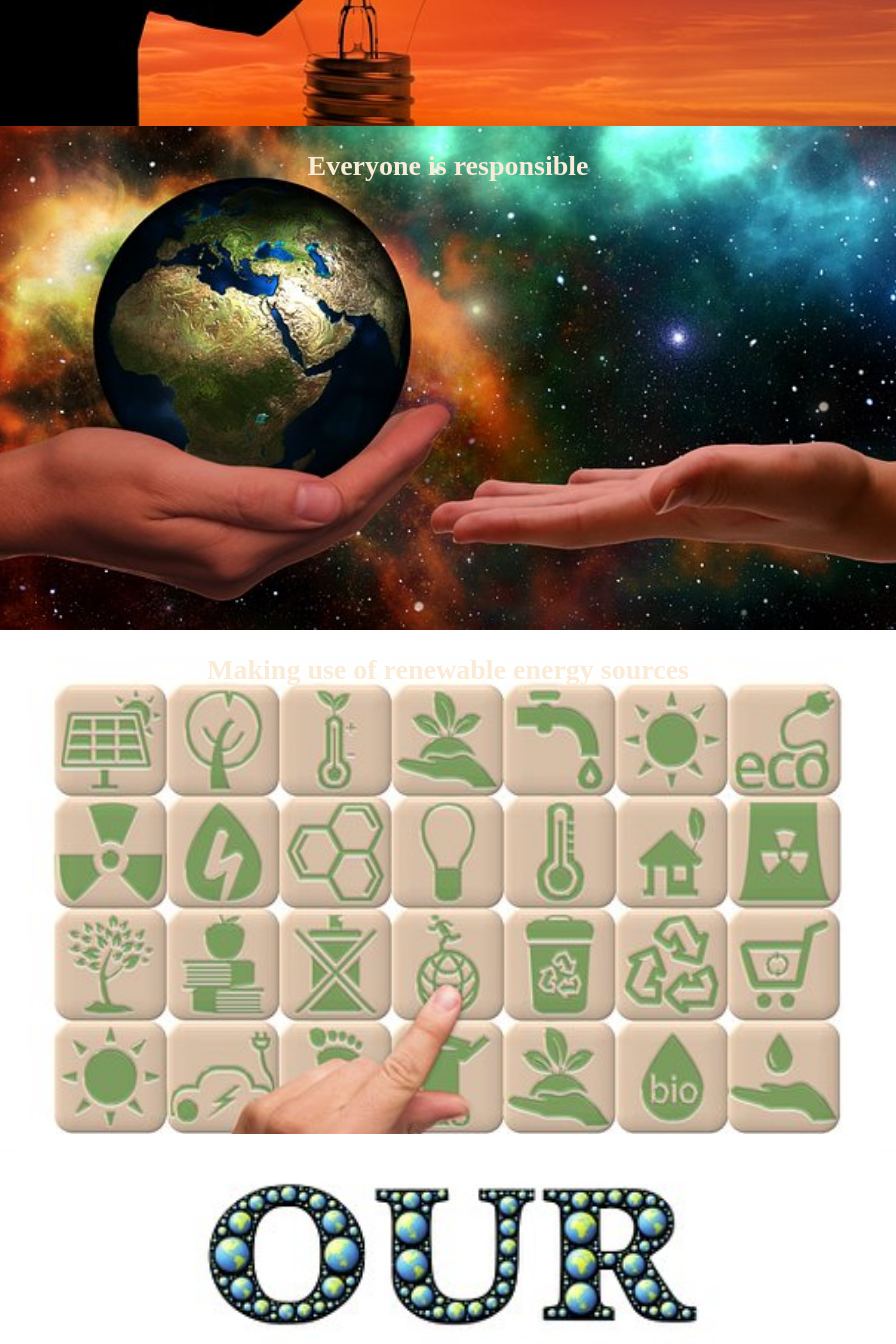
Repository: NavinDayanithi/static-web-design-competition
Page: index.html
The author's editor kept a copy of each file at every save. The page is drawn from the files as they stood at one save, then again after the next save.
The browser window is 1280 px wide. The pictures show the part of the page from y = 2060 to 3980 px (the page is 4420 px tall), at 70% of full size.
Backgrounds fixed to the window are drawn as part of the page.

Above is the page before, as saved 2023-04-28 20:40:07.

### index.html
<!DOCTYPE html>
<html lang="en">
<head>
  <title>POWERING CLIMATE </title>
  <link rel="stylesheet" href="styles.css">
</head>
<body>
    <h1 >POWERING A CLIMATE FOR SAFER FUTURE</h1>
    <div class="box1">
        <h2>Making use of renewable energy sources</h2>
    </div>
    <div class="box2">
        <h2>Planting more trees</h2>
    </div>
    <div class="box3">
        <h2>Gaining natural source of energy</h2>
    </div>
    <div class="box4">
        <h2>Everyone is responsible</h2>
    </div>
    <div class="box5">
        <h2>Making use of renewable energy sources</h2>
    </div>
    <div class="box6">
        <h2></h2>
    </div>
</body>
</html>

### styles.css

h1
{
    text-align:center;
    color:rgb(19, 20, 20);
    background-color: rgb(181, 191, 195);

}
h2{
    text-align: center;
    color: antiquewhite;
    font-size:40px;
}

 body{
    margin: 0;
    padding: 0;
    /* background-color: blue; */
}
head{
    text-align: center;
}

.box1{
    height: 100vh;
    width:100%;
    background-image: url(img1.jpg);
    background-size: cover;
    background-position: center;
    display: table;
    background-attachment: fixed;
}

.box2{
    height: 100vh;
    width:100%;
    background-image: url(img2.jpg);
    background-size: cover;
    background-position: center;
    display: table;
    background-attachment: fixed;
}

.box3{
    height: 100vh;
    width:100%;
    background-image: url(img3.jpg);
    background-size:cover;
    display: table;
    background-attachment: fixed;

}


.box4{
    height: 100vh;
    width:100%;
    background-image: url(img4.jpg);
    background-size: cover;
    background-position: center;
    display: table;
    background-attachment: fixed;
}

.box5{
    height: 100vh;
    width:100%;
    background-image: url(img5.jpg);
    background-size: cover;
    /* background-position: center; */
    display: table;
    background-attachment: fixed;
}

.box6{
    height: 100vh;
    margin-top: 20px;
    width:100%;
    background-image: url(img6.jpg);
    background-size: cover;
   background-position: center;
    display: table;
    background-attachment: fixed;
}

After the next save:
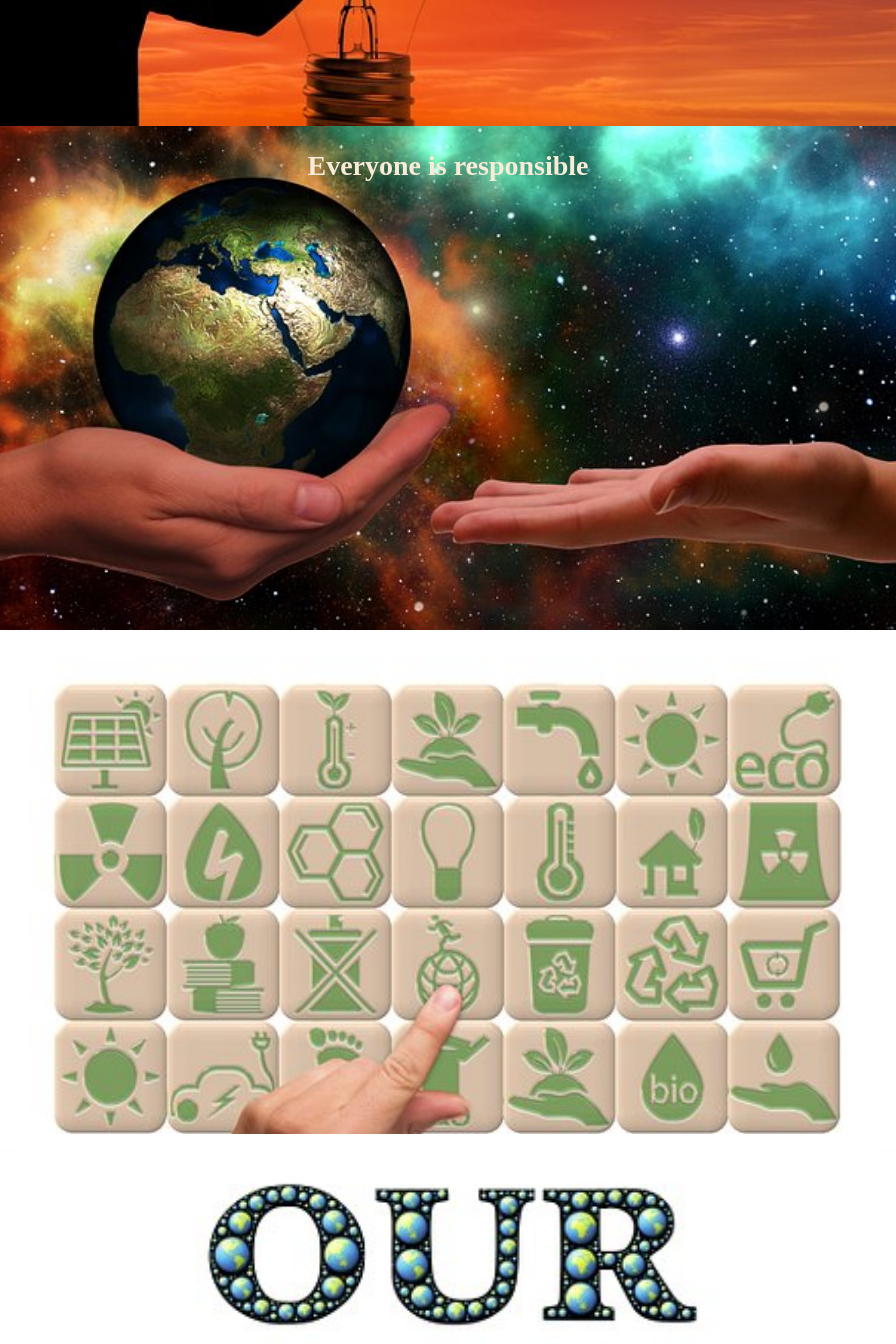
Saved 12 s later.
--- a/index.html
+++ b/index.html
@@ -19,7 +19,7 @@
         <h2>Everyone is responsible</h2>
     </div>
     <div class="box5">
-        <h2>Making use of renewable energy sources</h2>
+        <h2></h2>
     </div>
     <div class="box6">
         <h2></h2>
